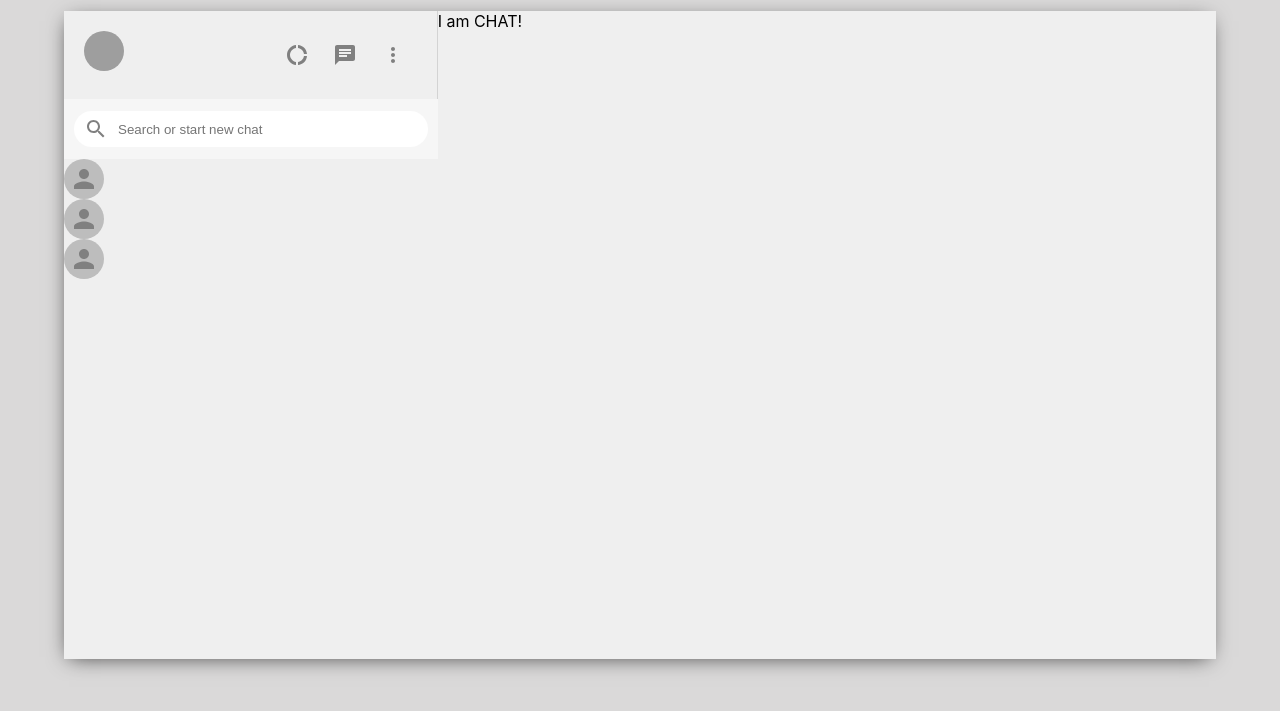
Repository: BogoGit/clone-whatsapp
Page: / (app in whatsapp-front/)
The author's editor kept a copy of each file at every save. The page is drawn from the files as they stood at one save, then again after the next save.
The browser window is 1280 px wide. The pictures show the whole page.
Pictures or frames that could not be fetched are drawn as grey boxes. The project was rebuilt for these pictures with package versions that can differ from the ones it lists, and the page was loaded fresh each time. Also part of the build but not shown: whatsapp-front/src/Components/SidebarChat.css.

Above is the page before, as saved 2020-11-18 17:17:50.

After the next save:
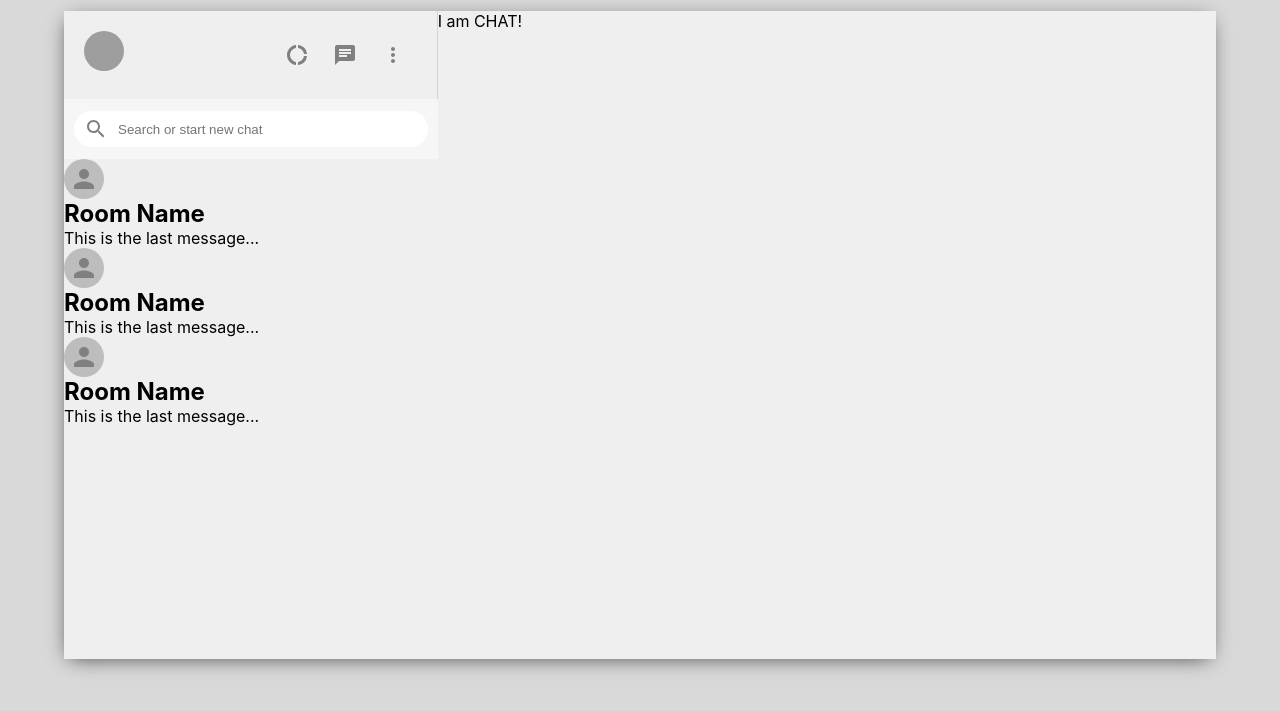
Saved 43 s later.
--- a/whatsapp-front/src/Components/SidebarChat.js
+++ b/whatsapp-front/src/Components/SidebarChat.js
@@ -6,6 +6,10 @@ const SidebarChat = () => {
 	return (
 		<div class='sidebarChat'>
 			<Avatar />
+			<div className='sidebarChat__info'>
+				<h2>Room Name</h2>
+				<p>This is the last message...</p>
+			</div>
 		</div>
 	)
 }
